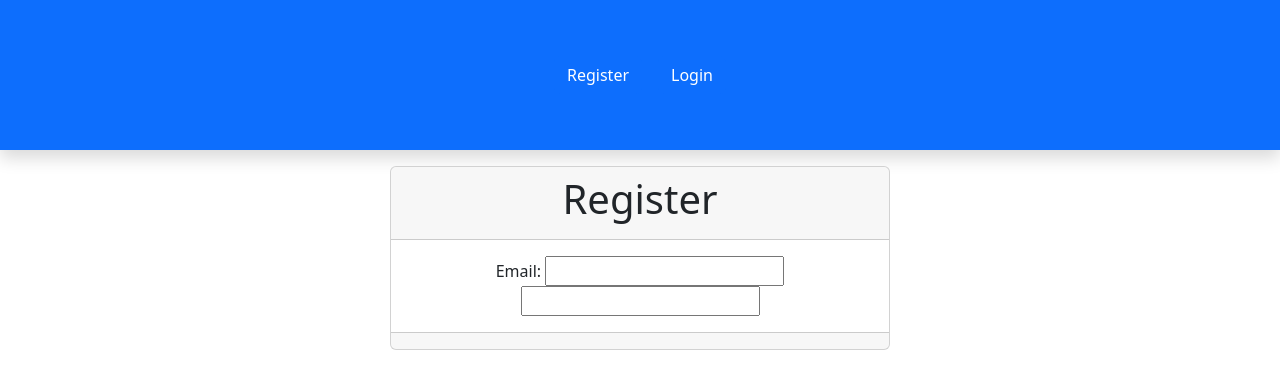
Repository: loveleii/firebase-login-logout
Page: /
An editor plug-in stored every save of this project. The page is shown before and after the next save, followed by the edit.
The browser window is 1280 px wide. The pictures show the whole page.
The project was rebuilt for these pictures with package versions that can differ from the ones it lists, and the page was loaded fresh each time. Also part of the build but not shown: vite.config.ts, src/views/loginView.vue, src/assets/main.css.

Above is the page before, as saved 2023-03-04 19:33:04.

### src/main.js
import { createApp } from 'vue'
import { createPinia } from 'pinia'

import App from './App.vue'
import router from './router'
import "bootstrap/dist/css/bootstrap.min.css"
import bootstrap from "bootstrap/dist/js/bootstrap.bundle.js"

import './assets/main.css'

const app = createApp(App)

app.use(createPinia())
app.use(router)

app.mount('#app')

### src/App.vue
<script setup lang="ts">
import { RouterLink, RouterView } from 'vue-router'

</script>

<template>
  <div>
        <header class="bg-primary p-5 shadow">
            <div class="container_header">
                <div class="d-flex">
                    <RouterLink to="/" style="text-decoration: none;"><text class="text-white m-2 btn btn-primary">Register</text></RouterLink>
                    <RouterLink to="/login" style="text-decoration: none;"><text class="text-white m-2 btn btn-primary">Login</text></RouterLink>
                </div>
            </div>
        </header>
    </div>
    <div class="center_container m-3 rounded text-center">
      <RouterView />
    </div>

</template>

<style>
.container_header{
  display: grid;
  place-content: center;
}
.center_container{
  display: grid;
  place-content: center;
}

</style>

### src/router/index.js
import { createRouter, createWebHistory } from 'vue-router'
import registerView from '../views/registerView.vue'
import loginView from '../views/loginView.vue'

const router = createRouter({
  history: createWebHistory(import.meta.env.BASE_URL),
  routes: [
    {
      path: '/',
      name: 'reg',
      component: registerView
    },
    {
      path: '/login',
      name: 'log',
      component: loginView
    },

  ]
})

export default router

### src/views/registerView.vue
<template>
    <div class="card">
        <div class="card-header">
            <h1>Register</h1>
        </div>
        <div class="card-body">
            Email: <input type="text" name="" id=""> <br>
            <input type="text" name="" id="">

        </div>
        <div class="card-footer">

        </div>
    </div>
</template>

<script>


</script>
<style>
.card{
    width: 500px;
}
</style>

Loaded but not shown: index.html (common file)

After the next save:
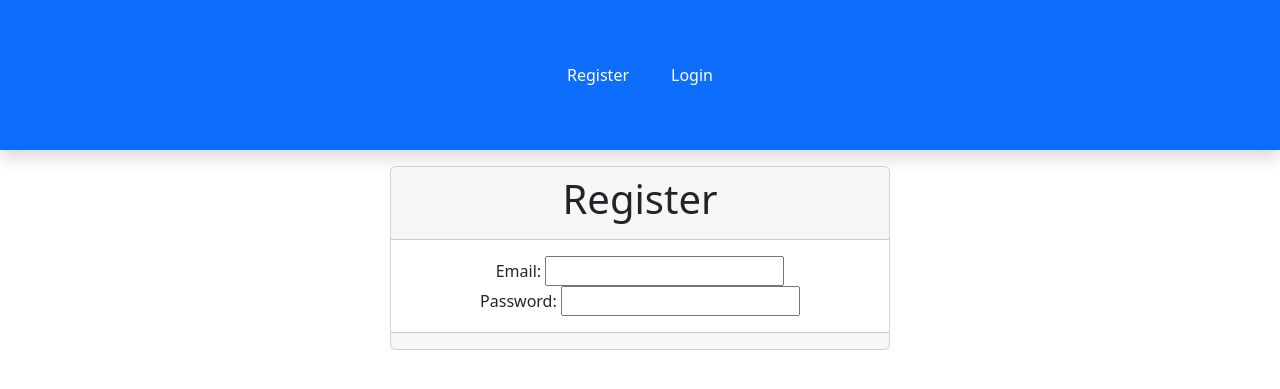
Saved 7 s later.
--- a/src/views/registerView.vue
+++ b/src/views/registerView.vue
@@ -5,7 +5,7 @@
         </div>
         <div class="card-body">
             Email: <input type="text" name="" id=""> <br>
-            <input type="text" name="" id="">
+            Password: <input type="text" name="" id="">
 
         </div>
         <div class="card-footer">
